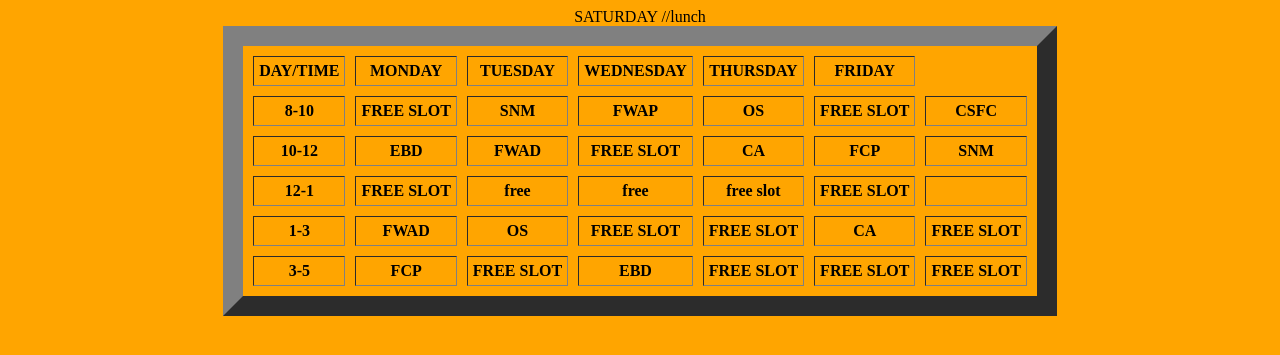
Repository: Oviya24032K6/slot
Page: oviya/static/time.html
These files come from the project's save history. The page is drawn as it stood at one moment and after the next save; the edit follows.
The browser window is 1280 px wide. The pictures show the whole page.

Above is the page before, as saved 2024-03-13 15:05:15.

After the next save:
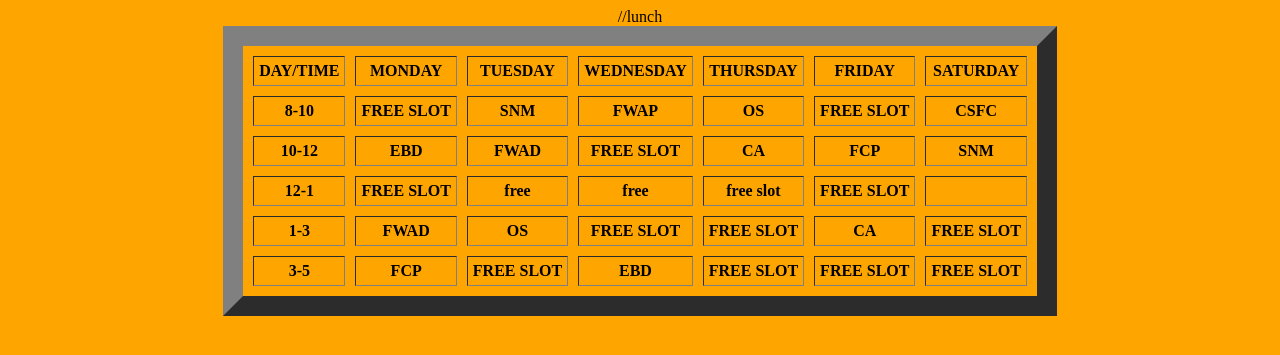
Saved 49 s later.
--- a/oviya/static/time.html
+++ b/oviya/static/time.html
@@ -11,7 +11,7 @@
             <th>WEDNESDAY</th>
             <th>THURSDAY</th>
             <th>FRIDAY</th>
-            <th?>SATURDAY</th>
+            <th>SATURDAY</th>
         </tr>
         <tr>
             <th>8-10</th>
